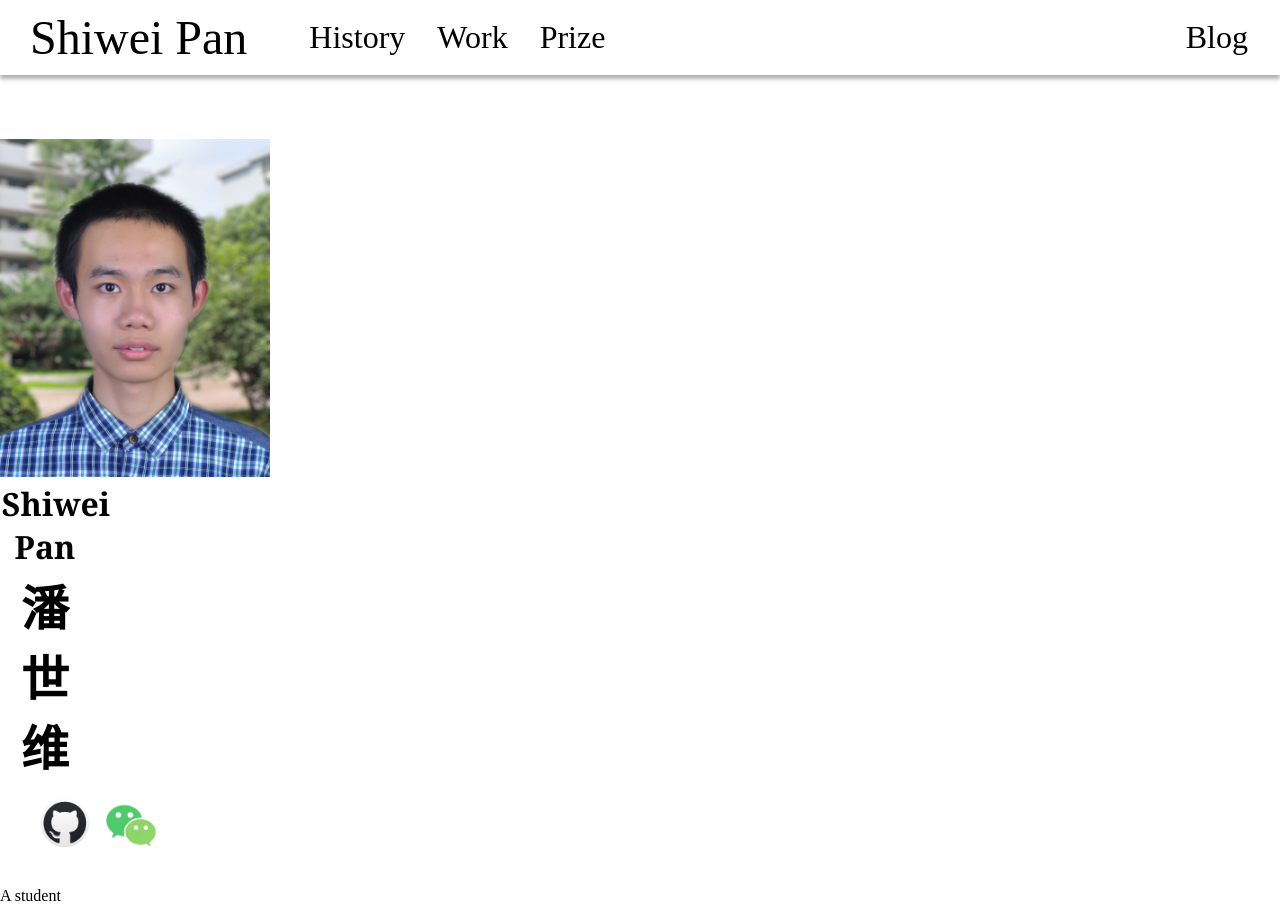
Repository: erikpsw/web
Page: new/psw.html
An editor plug-in stored every save of this project. The page is shown before and after the next save, followed by the edit.
The browser window is 1280 px wide. The pictures show the whole page.

Above is the page before, as saved 2022-06-17 08:34:19.

### new/psw.html
<!DOCTYPE html>
<html>
<head>
<meta charset="utf-8">
<title>Shiwei Pan</title>
<link rel="stylesheet" type="text/css" href="styles.css">
</head>
<body class="body">
<nav id="start_box">
    <a class="nav" id="title" href="">Shiwei Pan</a>
    <a class="nav" href="" >History</a>
    <a class="nav" href="">Work</a>
    <a class="nav" href="">Prize</a>
    <a class="nav" id="myblog" target="_blank" href="https://erikpsw.github.io/">Blog</a>
</nav>
<section >
    <div class="container">
        <div id="profile">
            <img src="\pic\mine.png" id="mine">
            <h2 id="name1">Shiwei Pan</h2>
            <h2 id="name2">潘世维</h2>
        <ul class="network_icon">
            <li>
                <a target="_blank" href="https://github.com/erikpsw"><img src="\pic\github.png" id="github"></a>
            </li>
            <li>
            <img src="\pic\wechat.png" id="wechat">
            </li>
        <ul>
        </div>
        <div id="intro">
            <p>A student

            </p>
        </div>
    </div>
</section>
</body>
</html>

### new/styles.css
#start_box
{
    background-color: whit;
    display:flex;
    box-shadow: 0 0.25rem 0.25rem 0 rgb(0 0 0 / 31%);
}

#title{
    text-decoration: none;
    font-family:"Times New Roman",Georgia,Serif;
    font-style:inherit;
    padding:10px 30px 10px;
    color:black;
    font-size: 3em;
}

.nav{
    text-decoration: none;
    font-family:"Times New Roman",Georgia,Serif;
    padding-left:1em;
    color:black;
    display: inline-flex;
    align-items: center;
    font-size: 2em;
}

.body{
    margin: 0%;
}

#myblog{
    margin-left: auto;
    padding-right: 1em;
}

#mine{
    width: 270px;
    height: 337.5px;
    margin-top: 4em;
}

#profile{
    text-align: center;
    max-width: 33.33333333%;
}

#name1{
    font-family: Georgia,Serif;
    font-size: 2em;
    margin: 2%;
}

#name2{
    font-family: STZhongsong;
    font-size: 3em;
    margin: 2%;
}

.network_icon{
    list-style: none;
    display: inline-flex;
    flex-direction: row;
}

#github{
    height: 50px;
}
#wechat{
    height: 50px;
    padding-top: 3px;
    margin-left: 1em;
}

#intro{
    max-width: 66.66666667%;
}

.container{
    box-sizing: border-box;
    float: left;
    display: block;
}

After the next save:
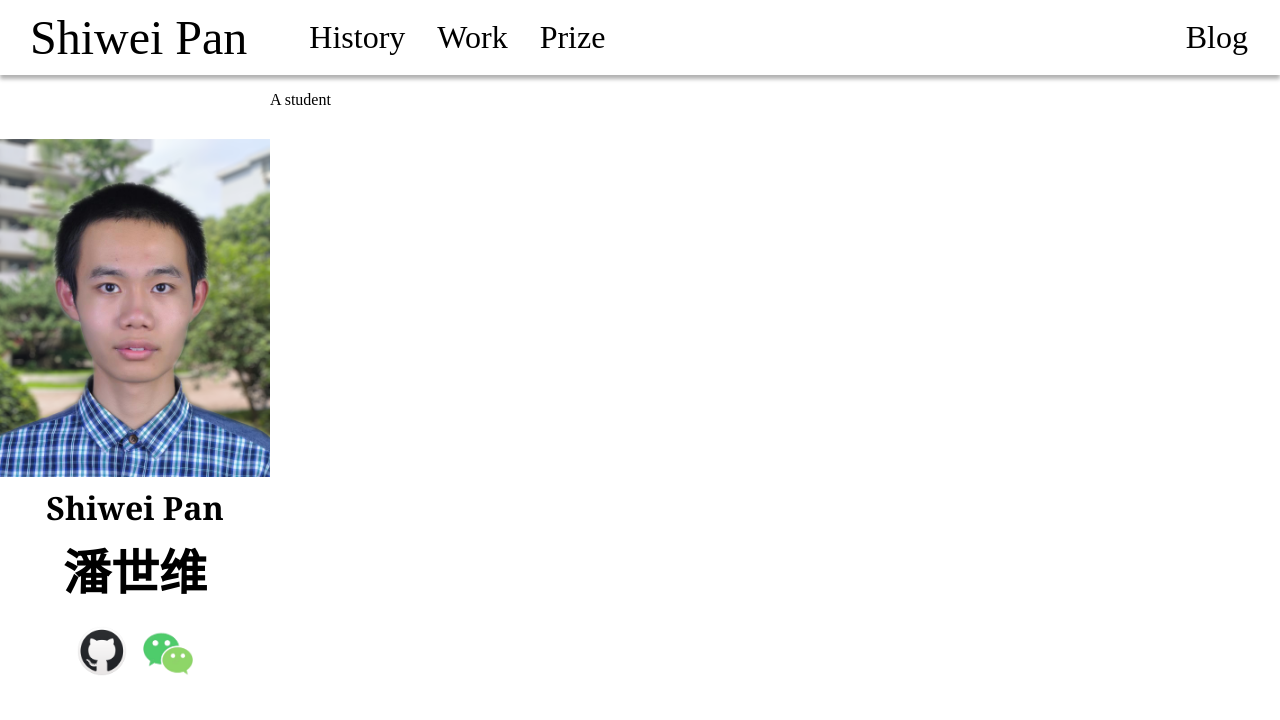
Saved 15 s later.
--- a/new/styles.css
+++ b/new/styles.css
@@ -40,6 +40,8 @@
 }
 
 #profile{
+    box-sizing: border-box;
+    float: left;
     text-align: center;
     max-width: 33.33333333%;
 }
@@ -72,11 +74,11 @@
 }
 
 #intro{
+    box-sizing: border-box;
+    float: left;
     max-width: 66.66666667%;
 }
 
 .container{
-    box-sizing: border-box;
-    float: left;
     display: block;
 }
